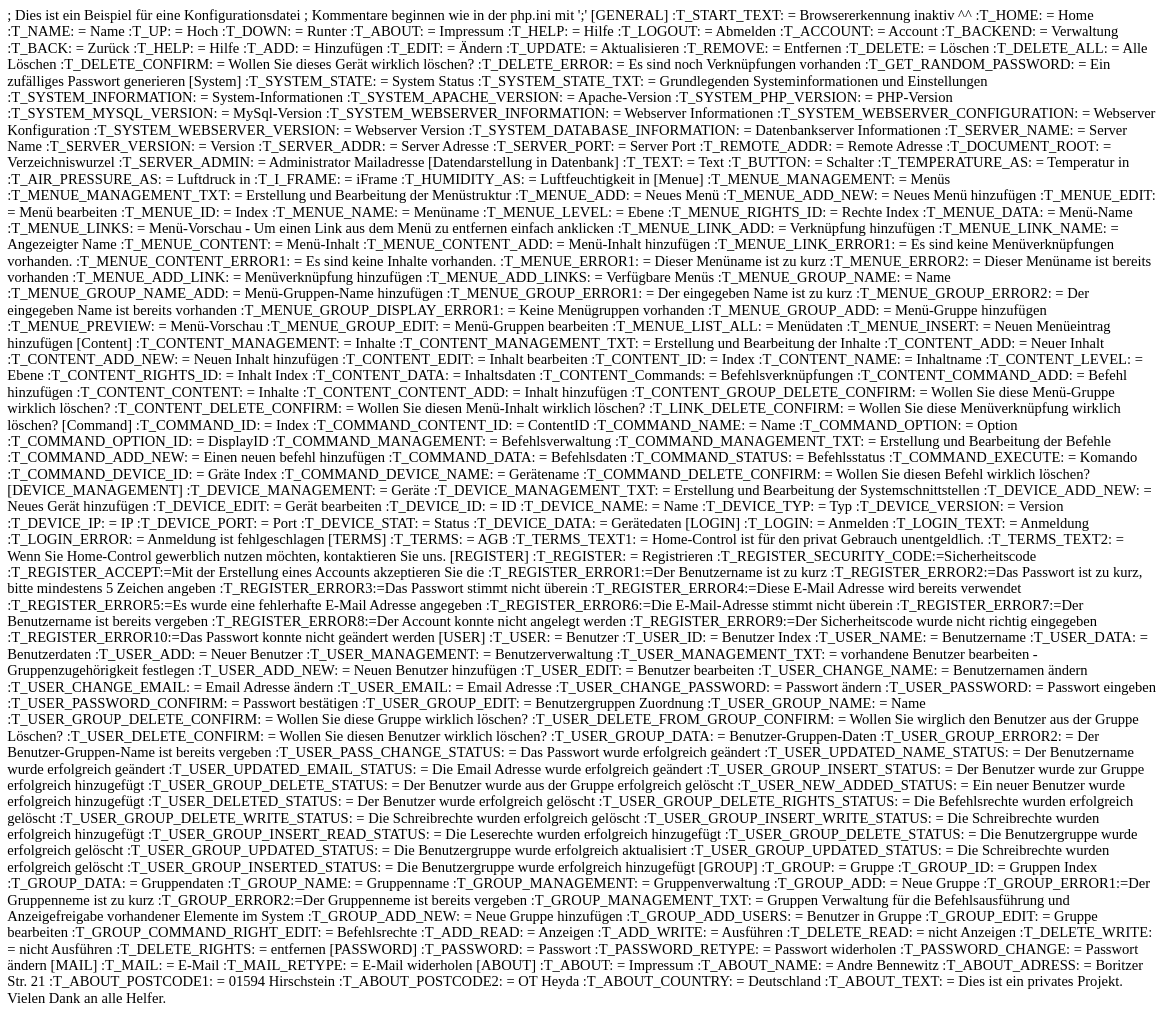
Repository: 0xF3ERROR/Home-Control
Page: http://localhost/language/lang_Ger.php
An editor plug-in stored every save of this project. The page is shown before and after the next save, followed by the edit.
The browser window is 1280 px wide. The pictures show the whole page, at 91% of full size.
The page is run by PHP 8.4 with error messages shown; the project is at /var/www/html/.

Above is the page before, as saved 2012-09-17 19:59:02.

After the next save:
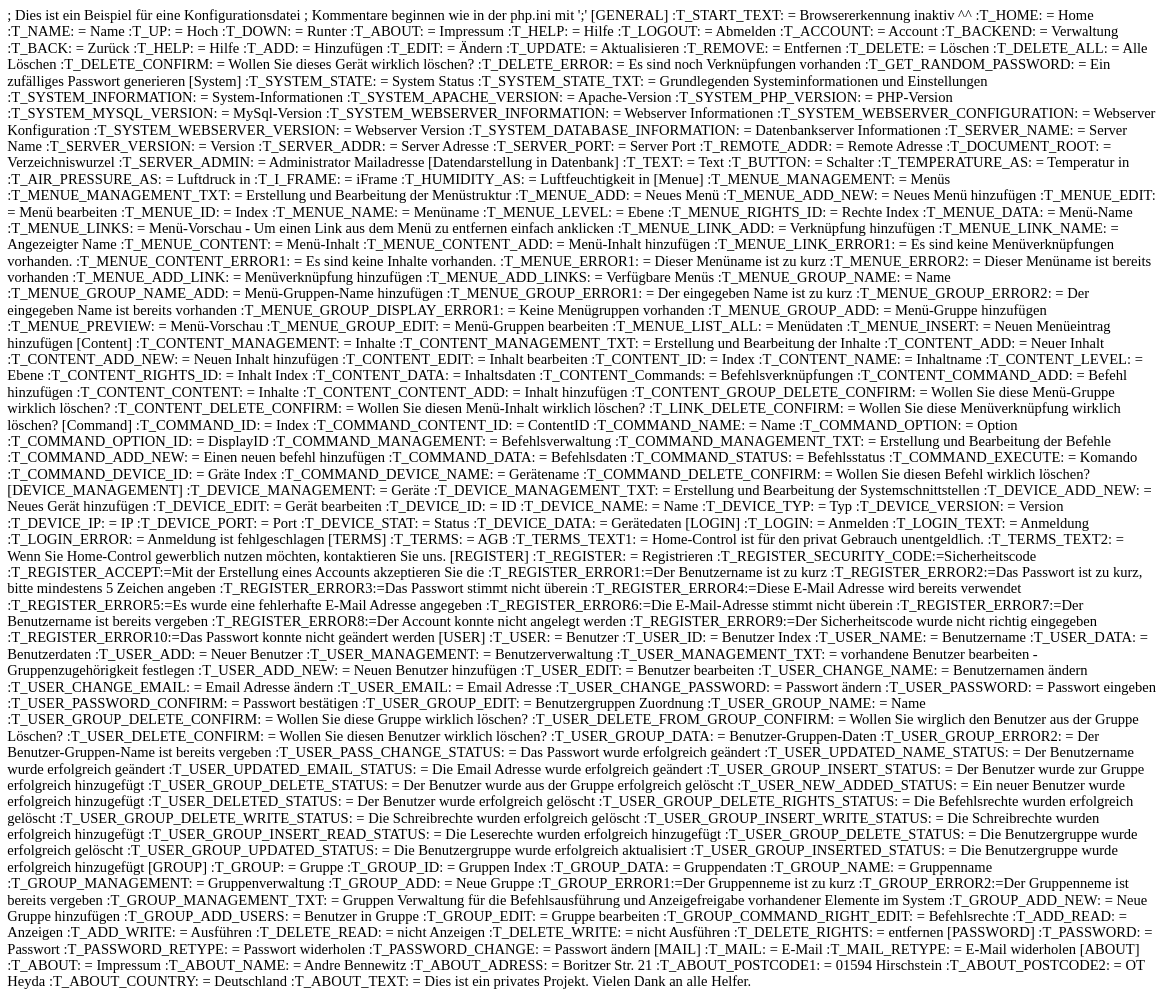
Saved 7 min 1 s later.
--- a/Source/language/lang_Ger.php
+++ b/Source/language/lang_Ger.php
@@ -212,7 +212,6 @@
 :T_USER_GROUP_INSERT_READ_STATUS: = Die Leserechte wurden erfolgreich hinzugefügt
 :T_USER_GROUP_DELETE_STATUS: = Die Benutzergruppe wurde erfolgreich gelöscht
 :T_USER_GROUP_UPDATED_STATUS: = Die Benutzergruppe wurde erfolgreich aktualisiert
-:T_USER_GROUP_UPDATED_STATUS: = Die Schreibrechte wurden erfolgreich gelöscht
 :T_USER_GROUP_INSERTED_STATUS: = Die Benutzergruppe wurde erfolgreich hinzugefügt
 
 
